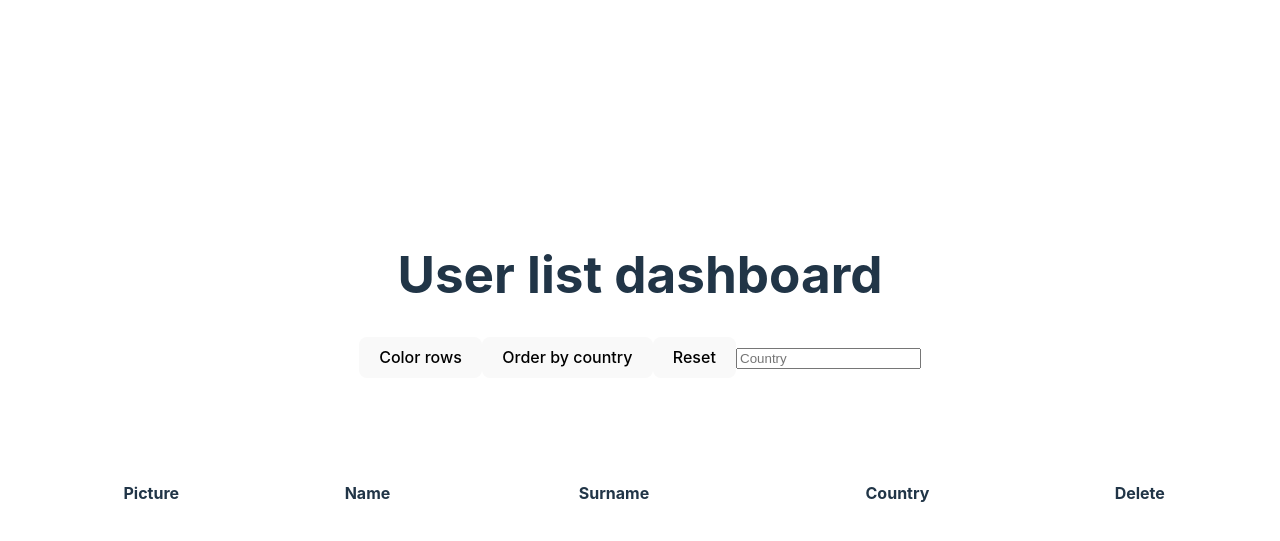
Repository: atzin-escandia/react-typescript-users-dashboard
Page: /
These files come from the project's save history. The page is drawn as it stood at one moment and after the next save; the edit follows.
The browser window is 1280 px wide. The pictures show the whole page.
The page's requests for data from a server got no answer. The project was rebuilt for these pictures with package versions that can differ from the ones it lists, and the page was loaded fresh each time. No one was signed in, and anything a server would have sent is missing. Also part of the build but not shown: vite.config.ts.

Above is the page before, as saved 2023-10-11 17:21:43.

### src/App.tsx
import { useEffect, useMemo, useRef, useState } from "react";
import "./App.css";
import UsersList from "./components/UsersList";
import { User } from "./types";

const API_URL = "https://randomuser.me/api/?results=100";
function App() {
  const [showColors, setShowColors] = useState(false);
  const [users, setUsers] = useState<User[]>([]);
  const [sortByCountry, setSortUsers] = useState(false);
  const [filterCountry, setValueSearch] = useState<null | string>(null);
  const originalUsers = useRef<User[]>([]);

  useEffect(() => {
    fetch(API_URL)
      .then((res) => res.json())
      .then((res) => {
        setUsers(res.results);
        originalUsers.current = res.results;
      });
  }, []);

  const handleReset = () => {
    setUsers(originalUsers.current);
  };

  const handleRemoveUser = (index: number) => {
    const newList = [...users].filter((_, i) => i !== index);
    setUsers(newList);
  };

  const filteredUsers = useMemo(() => {
    return filterCountry !== null && filterCountry.length > 0
      ? users.filter((user) =>
          user.location.country
            .toLowerCase()
            .includes(filterCountry.toLowerCase())
        )
      : [...users];
  }, [users, filterCountry]);

  const sortedUsers = useMemo(() => {
    return sortByCountry
      ? [...filteredUsers].sort((a, b) =>
          a.location.country.localeCompare(b.location.country)
        )
      : filteredUsers;
  }, [filteredUsers, sortByCountry]);

  return (
    <>
      <h1>User list dashboard</h1>
      <header>
        <button onClick={() => setShowColors(!showColors)}>Color rows</button>
        <button onClick={() => setSortUsers(!sortByCountry)}>
          {sortByCountry ? "Not order by country" : "Order by country"}
        </button>
        <button onClick={() => handleReset()}>Reset</button>
        <input
          type="text"
          placeholder="Country"
          onChange={(e) => setValueSearch(e.target.value)}
        />
      </header>

      <section className="card">
        {users && (
          <UsersList
            users={sortedUsers}
            removeUser={handleRemoveUser}
            showColors={showColors}
          ></UsersList>
        )}
      </section>
    </>
  );
}

export default App;

### src/index.css
:root {
  font-family: Inter, system-ui, Avenir, Helvetica, Arial, sans-serif;
  line-height: 1.5;
  font-weight: 400;

  color-scheme: light dark;
  color: rgba(255, 255, 255, 0.87);
  background-color: #242424;

  font-synthesis: none;
  text-rendering: optimizeLegibility;
  -webkit-font-smoothing: antialiased;
  -moz-osx-font-smoothing: grayscale;
  -webkit-text-size-adjust: 100%;
}

a {
  font-weight: 500;
  color: #646cff;
  text-decoration: inherit;
}
a:hover {
  color: #535bf2;
}

body {
  margin: 0;
  display: flex;
  place-items: center;
  min-height: 100vh;
}

h1 {
  font-size: 3.2em;
  line-height: 1.1;
}

button {
  border-radius: 8px;
  border: 1px solid transparent;
  padding: 0.6em 1.2em;
  font-size: 1em;
  font-weight: 500;
  font-family: inherit;
  background-color: #1a1a1a;
  cursor: pointer;
  transition: border-color 0.25s;
}
button:hover {
  border-color: #646cff;
}
button:focus,
button:focus-visible {
  outline: 4px auto -webkit-focus-ring-color;
}

@media (prefers-color-scheme: light) {
  :root {
    color: #213547;
    background-color: #ffffff;
  }
  a:hover {
    color: #747bff;
  }
  button {
    background-color: #f9f9f9;
  }
}

### src/App.css
#root {
  margin: 0 auto;
  padding: 2rem;
  text-align: center;
  width: 100%;
}

### src/components/UsersList.tsx
import { User } from "../types.d";

interface Props {
  users: User[];
  showColors: boolean;
  removeUser: (index: number) => void;
}

interface PropsUserList {
  user: User;
  color: boolean;
  index: number;
}

const UsersList = ({ users, showColors, removeUser }: Props) => {
  const TABLE_HEADER = ["Picture", "Name", "Surname", "Country", "Delete"];
  const UserRow = ({ user, color, index }: PropsUserList) => {
    const { picture, name, location } = user;
    const isEvenRow = index % 2 === 0;

    return (
      <tr style={{ backgroundColor: color && isEvenRow && "black" }}>
        <td>{<img src={picture.thumbnail} alt="Thumbnail user" />}</td>
        <td>{name.first}</td>
        <td>{name.last}</td>
        <td>{location.country}</td>
        <td>
          <button onClick={() => removeUser(index)}>Remove</button>
        </td>
      </tr>
    );
  };

  return (
    <table width="100%" style={{ marginTop: "100px" }}>
      <thead>
        <tr>
          {TABLE_HEADER.map((title: string, index: number) => (
            <th key={index}>{title}</th>
          ))}
        </tr>
      </thead>
      <tbody>
        {users &&
          users.map((user: User, index: number) => (
            <UserRow
              key={user.login.uuid}
              user={user}
              color={showColors}
              index={index}
            />
          ))}
      </tbody>
    </table>
  );
};

export default UsersList;

Loaded but not shown: index.html (common file); src/main.tsx (common file)

After the next save:
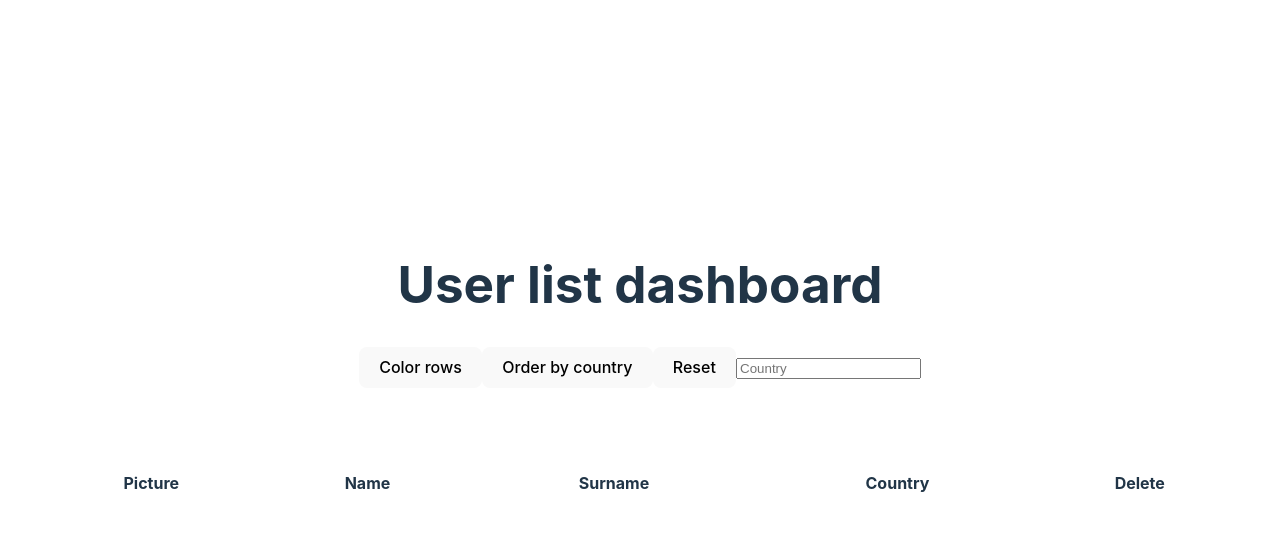
Saved 6 s later.
--- a/src/components/UsersList.tsx
+++ b/src/components/UsersList.tsx
@@ -32,7 +32,7 @@
   };
 
   return (
-    <table width="100%" style={{ marginTop: "100px" }}>
+    <table width="100%" style={{ marginTop: "80px" }}>
       <thead>
         <tr>
           {TABLE_HEADER.map((title: string, index: number) => (
